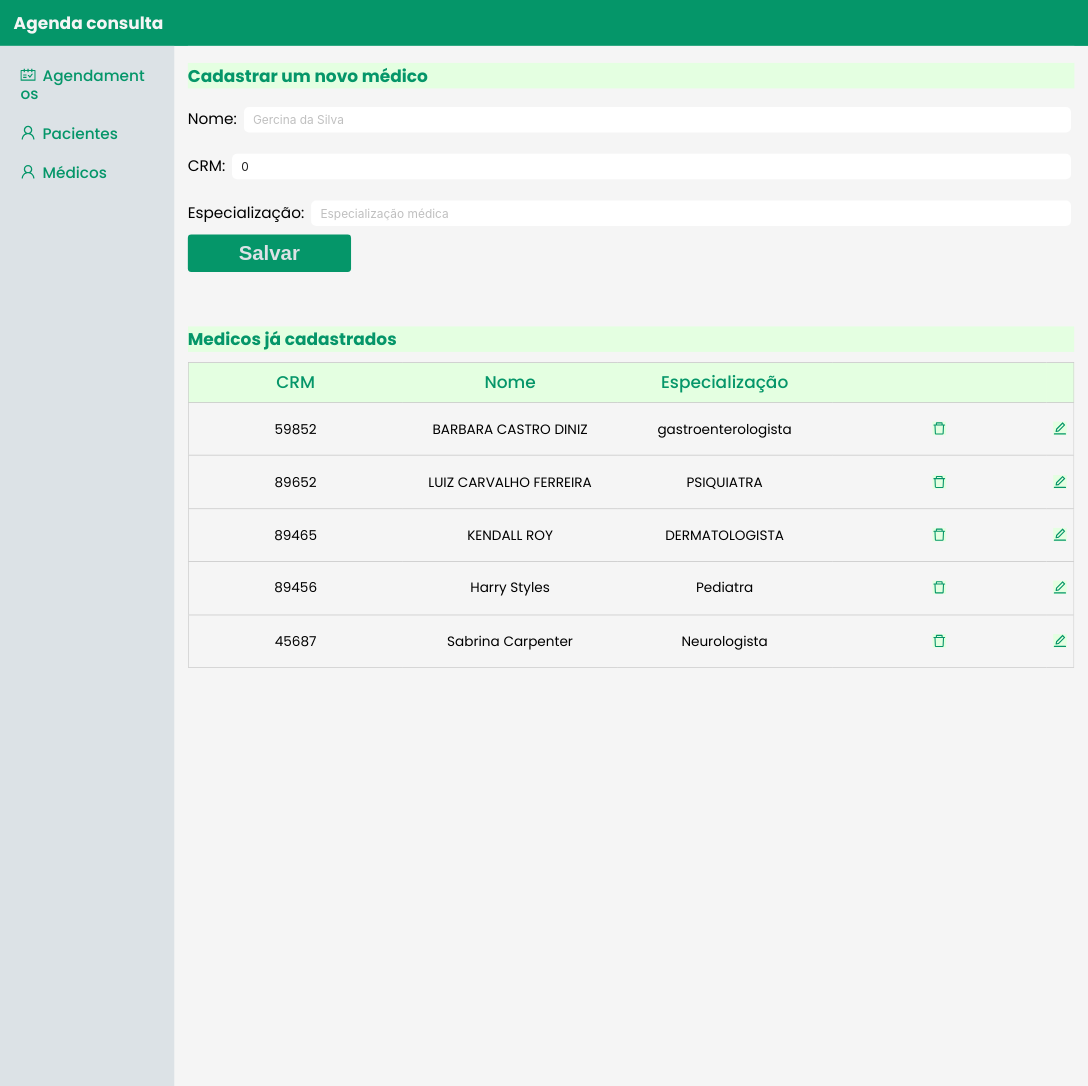
Repository: BarbaraCD/agendaconsulta
Page: /doctors
These files come from the project's save history. The page is drawn as it stood at one moment and after the next save; the edit follows.
The browser window is 1280 px wide. The pictures show the whole page, at 85% of full size.
The project was rebuilt for these pictures with package versions that can differ from the ones it lists, and the page was loaded fresh each time. Requests to the local data server were answered from the project's data file. Also part of the build but not shown: vite.config.ts, src/components/Patients.tsx, src/services/patient.services.ts, src/components/InputPatient.tsx, src/components/CreatePatient.tsx, src/services/appointment.services.ts, src/styles/Appointments.ts, src/components/Calendar.tsx and 1 more.

Above is the page before, as saved 2023-08-11 16:14:37.

After the next save:
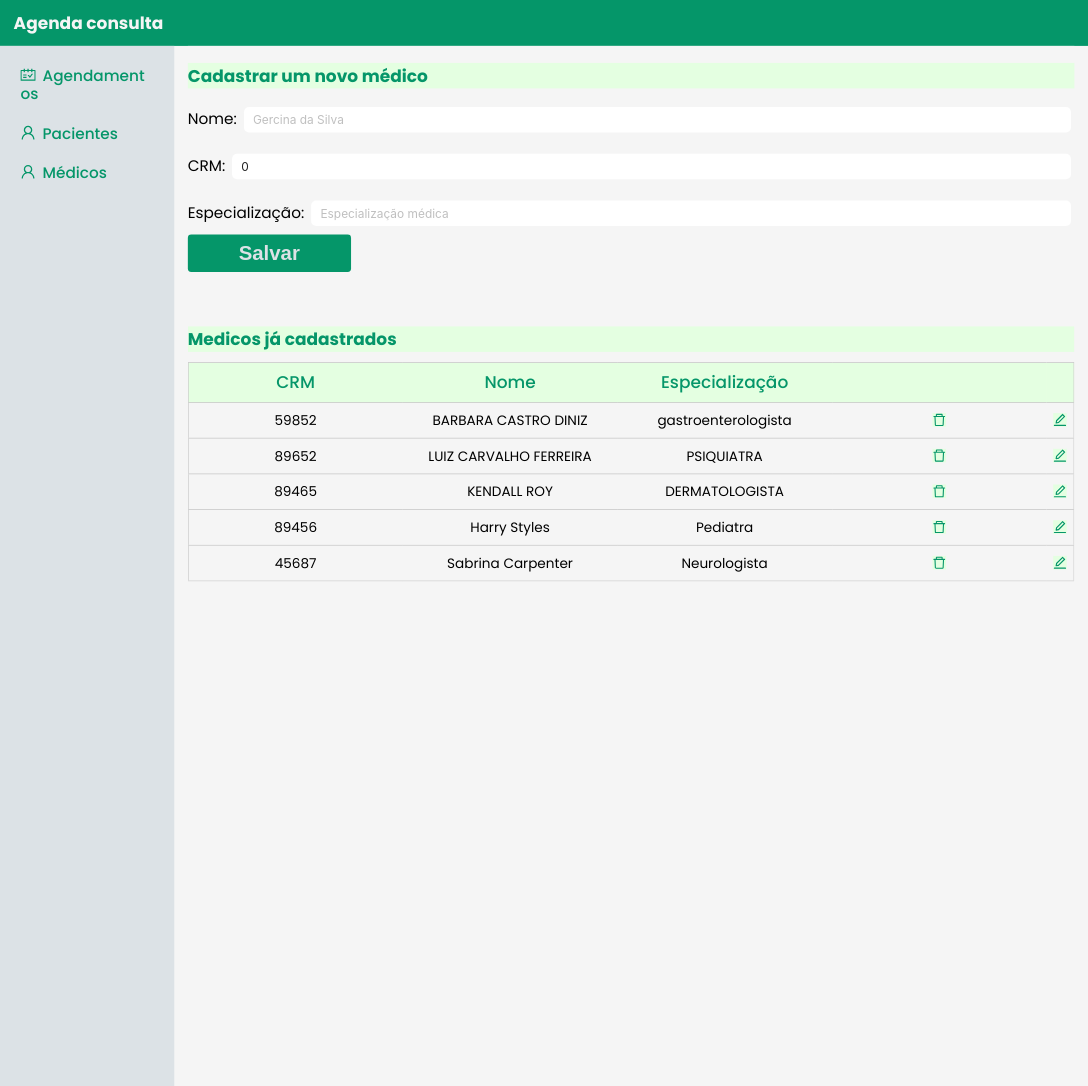
Saved 36 s later.
--- a/src/styles/CreateContainer.ts
+++ b/src/styles/CreateContainer.ts
@@ -32,7 +32,7 @@ export const Container3 = styled.div`
 
   table {
     width: 100%;
-    height: 50vh;
+    height: 50%;
     border-collapse: collapse;
     border: 1px solid #ccc;
     word-break: break-all;
@@ -50,12 +50,3 @@ export const Container3 = styled.div`
     }
   }
 `
-
-export const StyleButtonEdit = styled.button`
-  color: ${(props) => props.theme.colors.sbcolor};
-  background-color: red;
-  font-weight: 500;
-  border-radius: 4px;
-  margin-top: 24px;
-  padding: 8px;
-`
